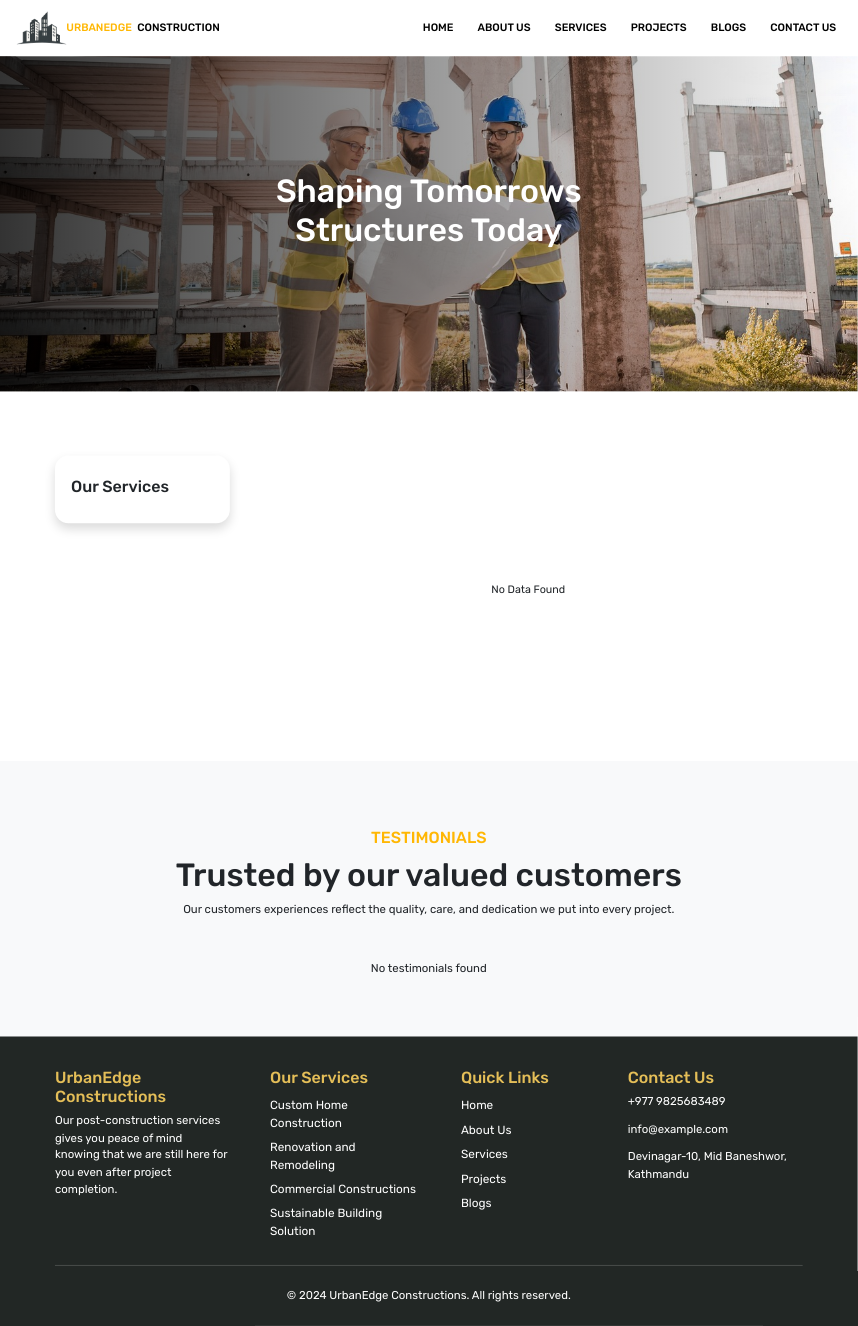
Repository: c-ron12/urbanedge-construction
Page: /service/17 (app in frontend/)
These files come from the project's save history. The page is drawn as it stood at one moment and after the next save; the edit follows.
The browser window is 1280 px wide. The pictures show the whole page, at 67% of full size.
The page's requests for data from a server got no answer. The project was rebuilt for these pictures with package versions that can differ from the ones it lists, and the page was loaded fresh each time. No one was signed in, and anything a server would have sent is missing. Also part of the build but not shown: frontend/vite.config.js, frontend/src/components/common/About.jsx, frontend/src/components/common/ServiceCard.jsx, frontend/src/components/common/LatestServices.jsx, frontend/src/components/common/ProjectCard.jsx, frontend/src/components/common/LatestProjects.jsx, frontend/src/components/common/ArticleCard.jsx, frontend/src/components/common/LatestArticles.jsx and 29 more.

Above is the page before, as saved 2026-04-02 18:53:59.

After the next save:
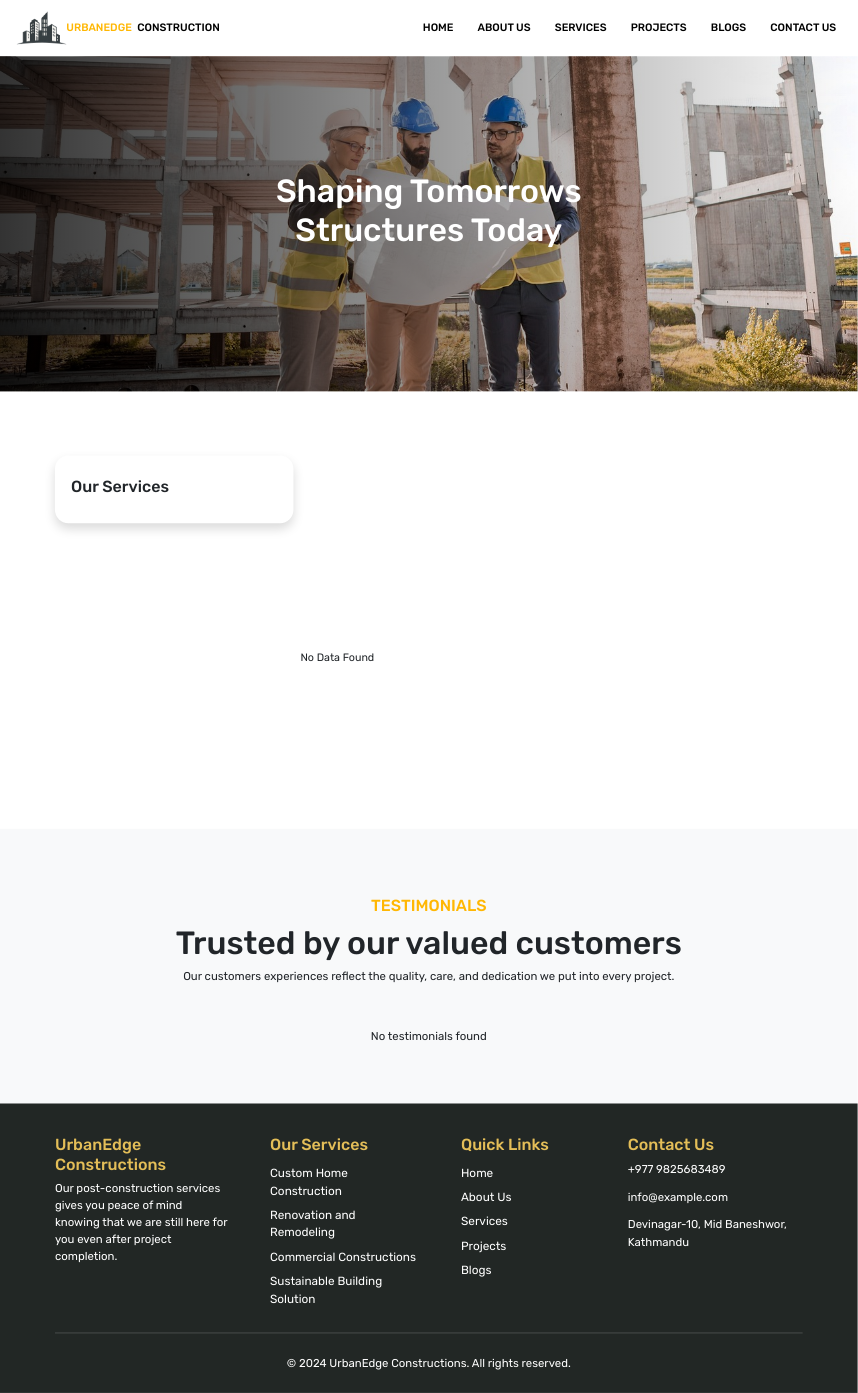
Saved 2 min 55 s later.
--- a/frontend/src/components/frontend/ServiceDetail.jsx
+++ b/frontend/src/components/frontend/ServiceDetail.jsx
@@ -68,7 +68,7 @@ const ServiceDetail = () => {
           <div className="container py-5">
             <div className="row">
               {/* Sidebar */}
-              <div className="col-md-3 mb-5 mb-md-0 ">
+              <div className="col-md-4 mb-5 mb-md-0 ">
                 <div className="card shadow border-0 sidebar-card">
                   <div className="card-body px-4 py-4">
                     <h3 className="mt-2 mb-3">Our Services</h3>

After the save that followed:
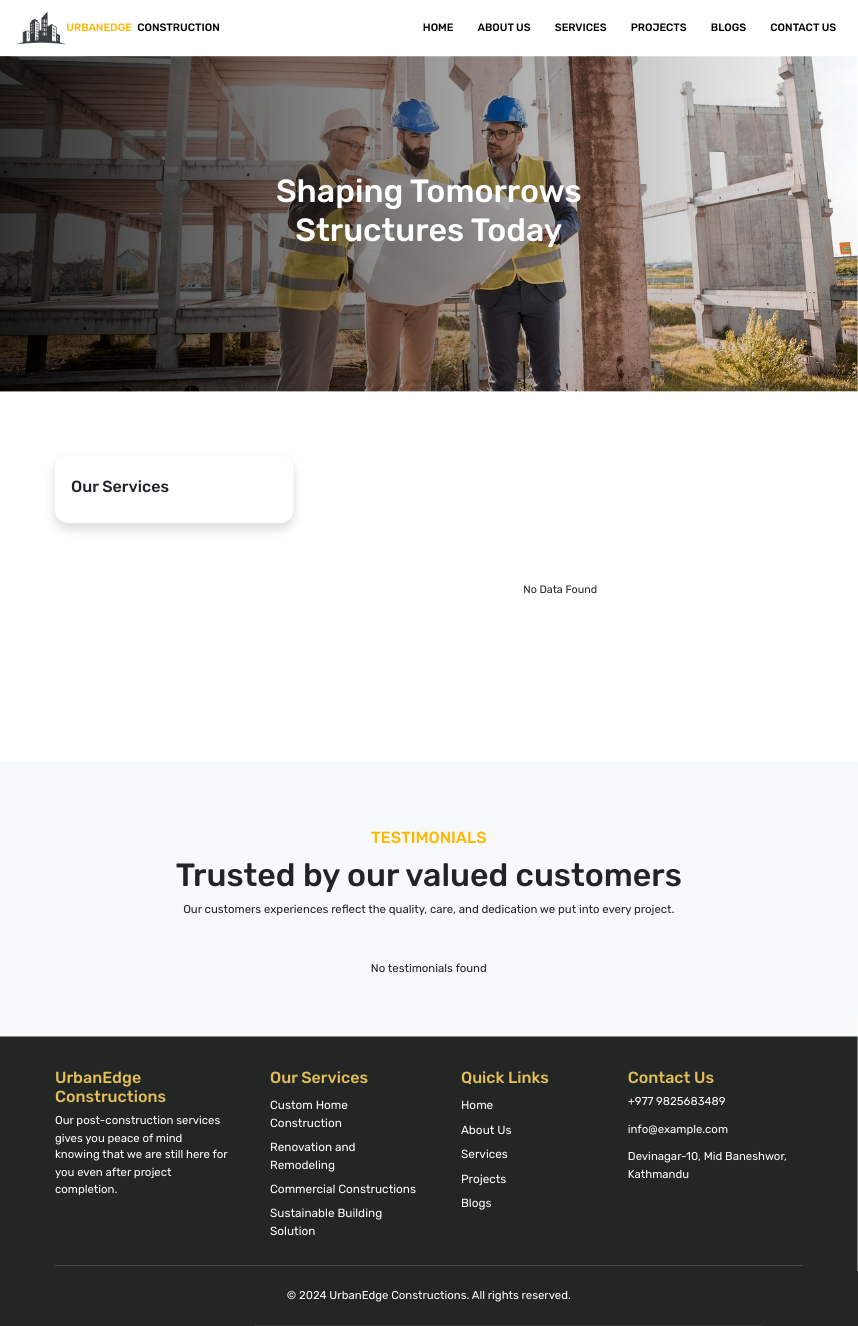
Saved 8 s later.
--- a/frontend/src/components/frontend/ServiceDetail.jsx
+++ b/frontend/src/components/frontend/ServiceDetail.jsx
@@ -94,7 +94,7 @@ const ServiceDetail = () => {
               </div>
 
               {/* Main Content */}
-              <div className="col-md-9 ps-md-4 ps-3">
+              <div className="col-md-8 ps-md-4 ps-3">
                 <div className="position-relative">
                   {/* {/* only show loading skeleton while fetching data from api */}
                   {loading && (
